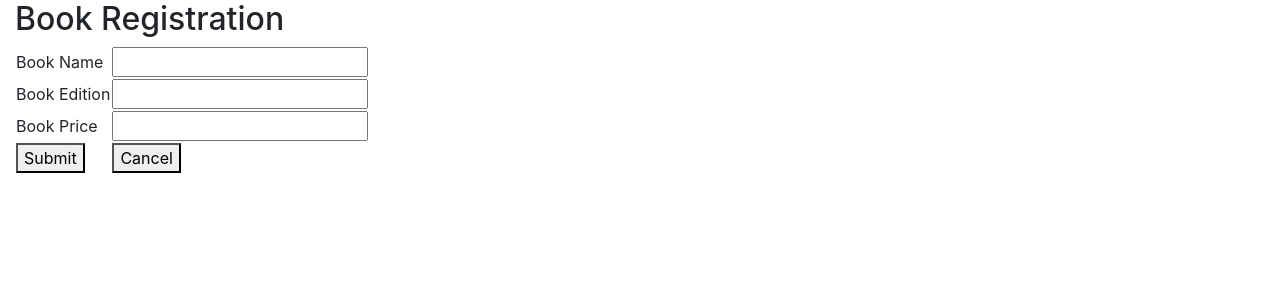
Repository: meriam0000/servlet
Page: BookWebApp/src/main/webapp/Home.html
An editor plug-in stored every save of this project. The page is shown before and after the next save, followed by the edit.
The browser window is 1280 px wide. The pictures show the whole page.

Above is the page before, as saved 2024-02-12 20:27:41.

After the next save:
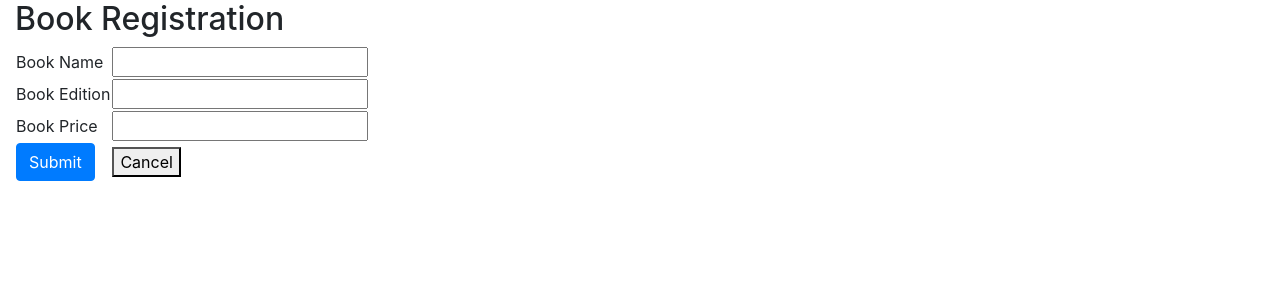
Saved 66 s later.
--- a/BookWebApp/src/main/webapp/Home.html
+++ b/BookWebApp/src/main/webapp/Home.html
@@ -37,7 +37,7 @@ Book Price
 </tr>
 
 <tr>
-<td><button type ="submit"> Submit</button></td>
+<td><button type ="submit"  class="btn btn-primary"> Submit</button></td>
 <td><button type="reset"> Cancel</button></td>
 </tr>
 
